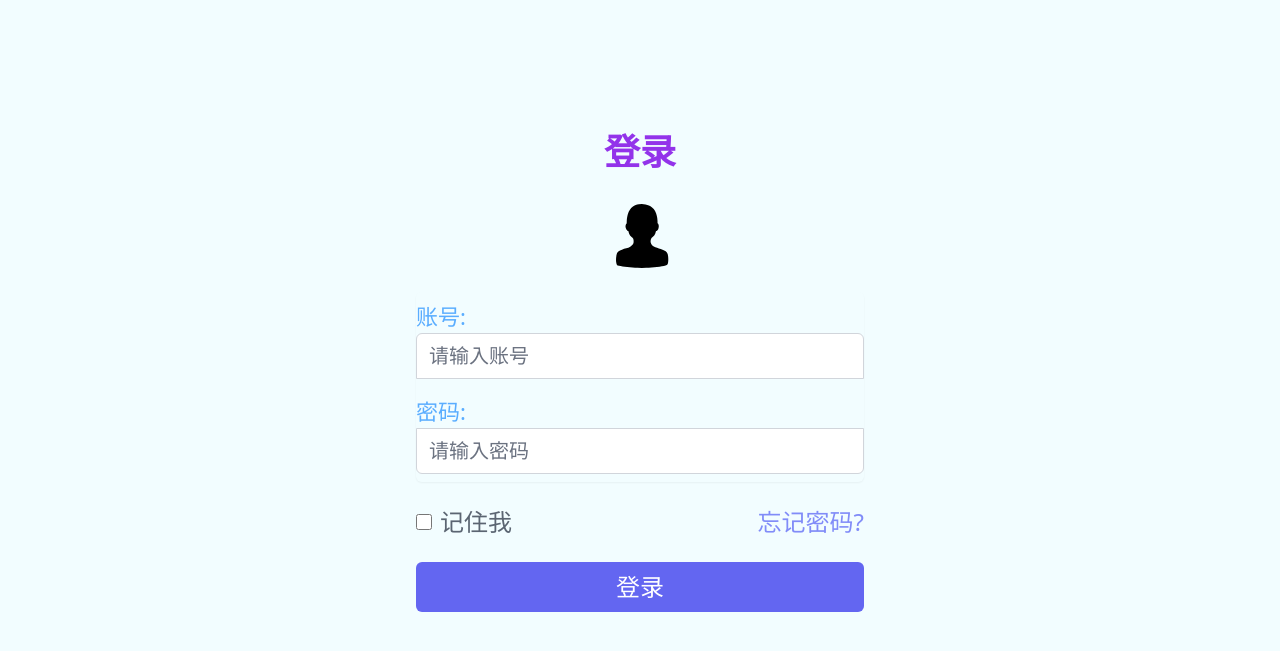
Repository: LiuRuohui/test_the_tailwindcss
Page: /
An editor plug-in stored every save of this project. The page is shown before and after the next save, followed by the edit.
The browser window is 1280 px wide. The pictures show the whole page.
The project was rebuilt for these pictures with package versions that can differ from the ones it lists, and the page was loaded fresh each time. Also part of the build but not shown: vite.config.js, src/components/WelcomingPage.vue, src/components/HelloWorld.vue, src/components/UpdateInformation.vue, src/components/ShowInformation.vue, src/components/MainPage.vue.

Above is the page before, as saved 2022-03-12 23:54:45.

### src/App.vue
<script setup>
import WelcomingPage from "./components/WelcomingPage.vue"
import RegisterPage from "./components/RegisterPage.vue"
import LoginPage from "./components/LoginPage.vue";
import ForgetPasswd from "./components/ForgetPasswd.vue";
import HelloWorld from "./components/HelloWorld.vue";
import UpdateInformation from "./components/UpdateInformation.vue";
import ShowInformation from "./components/ShowInformation.vue";
import MainPage from "./components/MainPage.vue";
</script>

<template>
<!--<WelcomingPage class="page"></WelcomingPage>
<RegisterPage class="page"></RegisterPage>   -->
<LoginPage class="page"></LoginPage>
<!--<ForgetPasswd class="page"></ForgetPasswd>
<UpdateInformation class="page"></UpdateInformation>
<ShowInformation class="page"></ShowInformation>
<MainPage class="page"></MainPage> -->

</template>

<style>
.page{
    height: 100vh;
    background-color:hsla(190, 100%, 95%, 0.5)
}
</style>

### src/index.css
@tailwind base;
@tailwind components;
.inputFrame {
    @apply appearance-none rounded-none relative block w-full px-3 py-2 border border-gray-300 placeholder-gray-500 text-gray-900
}

.inputFrame:focus {
    @apply outline-none border-indigo-500 z-10 inline-block px-5 py-3 rounded-lg shadow-lg
}

.btn {
    @apply relative flex w-full justify-center py-2 border border-transparent font-medium rounded-md text-white bg-indigo-500
}

.btn:hover {
    @apply bg-indigo-700
}

.btn:focus {
    @apply outline-none ring-2 ring-offset-2 ring-indigo-400
}

@tailwind utilities;
@layer components {
    .card {
        background-color: theme('colors.blue.500');
        border-radius: theme('borderRadius.lg');
        padding: theme('spacing.6');
        box-shadow: theme('boxShadow.xl');
    }
    /* ... */
}

### src/components/RegisterPage.vue
<template>
<div class="flex items-center justify-center py-8 sm:px-6 lg:px-8">
    <div class="sm:max-w-xl sm:object-center sm:object-cover w-full mt-4">
        <div>
            <h2 class="mt-6 text-center sm:text-4xl font-extrabold text-purple-600">注册</h2>
        </div>
        <div class="object-center mt-4">
            <img class="h-16 w-1/2 mx-auto" src="../assets/用户.svg" alt="这里有一张图片">
        </div>
    <div>
      <div class="rounded-md shadow-sm sm:text-xl">
        <div class="py-2 font">
          <label for="account">账号:</label>
          <input id="account" name="account" type="account" autocomplete="name" required class="inputFrame rounded-t-md  sm:text-xl" placeholder="请输入账号">
        </div>
        <div class="py-2 font">
          <label for="passwd">密码:</label>
          <input id="passwd" name="passwd" type="password" autocomplete="current-password" required class="inputFrame rounded-b-md  sm:text-xl" placeholder="请输入密码">
        </div>
        <div class="py-2 font">
          <label for="passwd">再次输入密码:</label>
          <input id="repeated-passwd" name="repeated-passwd" type="password" autocomplete="current-password" required class="inputFrame rounded-b-md sm:text-xl" placeholder="请再次输入密码">
        </div>
      </div>

      <div class="flex items-center justify-between mt-4">
        <div class="text-sm sm:text-xl">
          <a href="#" class="font-medium text-indigo-800 hover:text-indigo-500 opacity-80" @click="seeFunctions"> 查看我们的功能 </a>
        </div>
        <div class="flex items-center">
          <input id="remember-me" name="remember-me" type="checkbox" class="h-4 w-4 text-indigo-600 focus:ring-indigo-500 border-gray-300 rounded">
          <label for="remember-me" class="ml-2 block sm:text-xl text-gray-600 opacity-80"> 同意隐私协议 </label>
        </div>
      </div>
      <div class="sm:text-xl sm:mt-8">
        <input value="重置" type="reset" @click="reset" class="btn group sm:text-2xl text-center">
        <br>
        <input @click="submit" type="submit" class="btn group sm:text-2xl"><br>
      </div>
    </div>
    </div>
</div>
</template>

<script setup>
function submit(){
  let name = document.getElementById("passwd").value
  let repeated_name = document.getElementById("repeated-passwd").value
  if(name !== repeated_name){
    alert('两次密码不一致！')
  }else {
    alert('提交数据注册 注册成功返回警示框 注册失败返回原因')
  }
}

function seeFunctions(){
  alert("See functions")
}

function reset() {
  var confirmation = confirm('确定要重置数据吗？')
  if(confirmation == true){
    alert('你表单没了')
  }
}

</script>

<style>
.font{
  color:hsla(210, 100%, 60%, 0.8)
}
</style>

### src/components/LoginPage.vue
<template>
<div class="min-h-full flex items-center justify-center py-12 px-4 sm:px-6 lg:px-8">
  <div class="max-w-md w-full">
    <div>
      <h2 class="mt-6 text-center sm:text-4xl font-extrabold text-purple-600">登录</h2>
    </div>
    <div class="object-center sm:mt-8">
            <img class="h-16 w-1/2 mx-auto" src="../assets/用户.svg" alt="这里有一张图片">
        </div>
    <div class="space-y-6">
      <input type="hidden" name="remember" value="true">
      <div class="rounded-md shadow-sm">
        <div class="py-2 font">
          <label for="account">账号:</label>
          <input id="account" name="account" type="account" autocomplete="name" required class="inputFrame rounded-t-md  sm:text-xl" placeholder="请输入账号">
        </div>
        <div class="py-2 font">
          <label for="passwd">密码:</label>
          <input id="passwd" name="passwd" type="password" autocomplete="current-password" required class="inputFrame rounded-b-md  sm:text-xl" placeholder="请输入密码">
        </div>
      </div>

      <div class="flex items-center justify-between">
        <div class="flex items-center">
          <input id="remember-me" name="remember-me" type="checkbox" class="h-4 w-4 text-indigo-600 focus:ring-indigo-500 border-gray-300 rounded">
          <label for="remember-me" class="ml-2 block text-sm sm:text-2xl text-gray-600 opacity-90"> 记住我</label>
        </div>

        <div class="text-sm">
          <a href="#" class="font-medium sm:text-2xl text-indigo-400 hover:text-indigo-500"> 忘记密码? </a>
        </div>
      </div>

      <div>
        <button @click="submit" class="btn group sm:text-2xl">
          登录
        </button>
      </div>
    </div>
  </div>
</div>
</template>

<script setup>
function submit(){
  alert('登录')
}

</script>

<style>
.font{
  color:hsla(210, 100%, 60%, 0.8);
  font-size: 22px;
}
</style>

### tailwind.config.js
module.exports = {
    content: [
        "./index.html",
        "./src/**/*.{vue,js,ts,jsx,tsx}",
    ],
    theme: {
        extend: {},
    },
    variants: {
        backgroundColor: ['responsive', 'hover', 'focus', 'active']
    },
    plugins: [],
}

### src/components/ForgetPasswd.vue
<template>
<div class="flex items-center justify-center py-12 px-4 sm:px-6 lg:px-8c">
    <div class="sm:max-w-xl sm:object-center sm:object-cover w-full space-y-8">
        <div>
            <h2 class="mt-6 text-center sm:text-3xl font-extrabold text-purple-600">忘记密码</h2>
        </div>
        <div>
            <img class="h-16 w-1/2 mx-auto" src="../assets/用户.svg" alt="这里有一张图片">
        </div>
      <div class="rounded-md shadow-sm sm:text-xl">
        <div class="py-4 text-blue-800">
          <label for="email-address sm:text-2xl">邮箱</label>
          <input id="email-address" name="email" type="email" autocomplete="email" required class="inputFrame rounded-t-md  sm:text-2xl" placeholder="请输入邮箱">
        </div>
      </div>
      <div class="sm:text-2xl sm:mt-8">
          <button @click="sendEmail" class="btn group sm:text-2xl">确认</button>
      </div>
    </div>
</div>
</template>

<script setup>
function sendEmail(){
    var name = document.getElementById("email-address").value;
    if(!isEmail(name)){
        alert('邮箱格式不正确！请重新输入！')
    }else{
        var confirmation = confirm('确认忘记密码？点击确认之后系统会将密码发到您的邮箱！')
        if(confirmation == true){
        alert('请查收邮箱！')
        }
    }
}
function isEmail(str){
    var reg = /^([a-zA-Z0-9_-])+@([a-zA-Z0-9_-])+(.[a-zA-Z0-9_-])+/
    return reg.test(str)
}
</script>

Loaded but not shown: index.html (common file); src/main.js (common file)

After the next save:
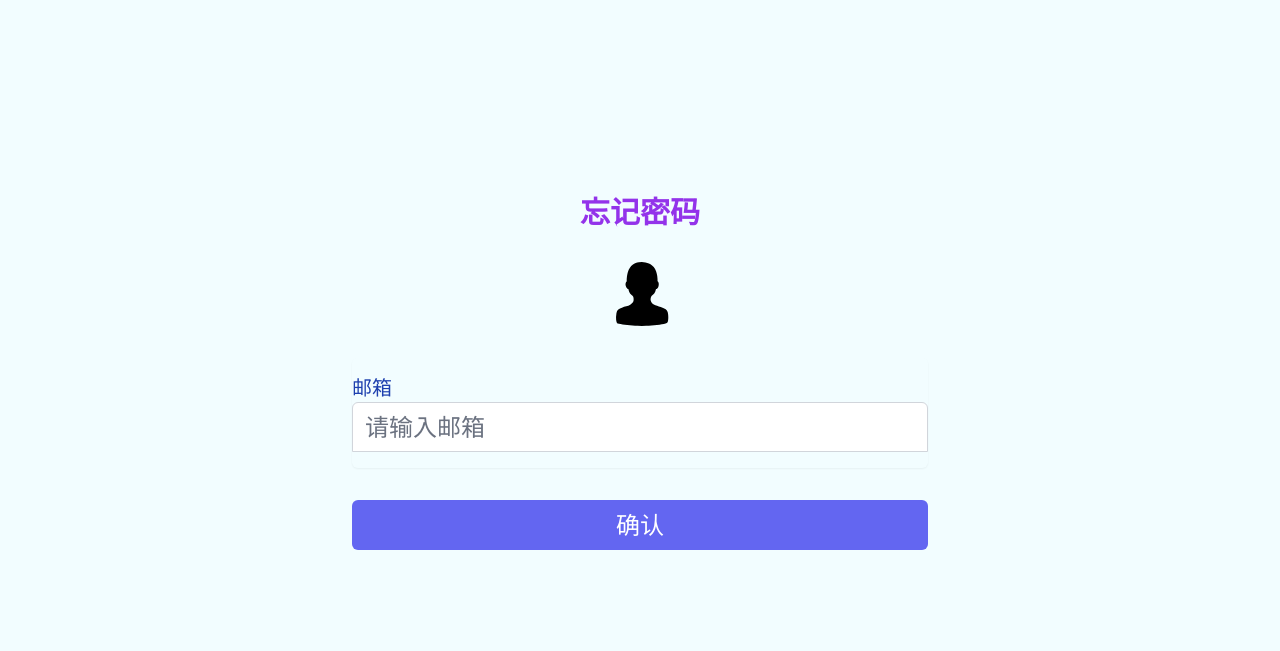
Saved 54 s later.
--- a/src/App.vue
+++ b/src/App.vue
@@ -11,10 +11,10 @@ import MainPage from "./components/MainPage.vue";
 
 <template>
 <!--<WelcomingPage class="page"></WelcomingPage>
-<RegisterPage class="page"></RegisterPage>   -->
-<LoginPage class="page"></LoginPage>
-<!--<ForgetPasswd class="page"></ForgetPasswd>
-<UpdateInformation class="page"></UpdateInformation>
+<RegisterPage class="page"></RegisterPage>
+<LoginPage class="page"></LoginPage>   -->
+<ForgetPasswd class="page"></ForgetPasswd>
+<!--<UpdateInformation class="page"></UpdateInformation>
 <ShowInformation class="page"></ShowInformation>
 <MainPage class="page"></MainPage> -->
 
